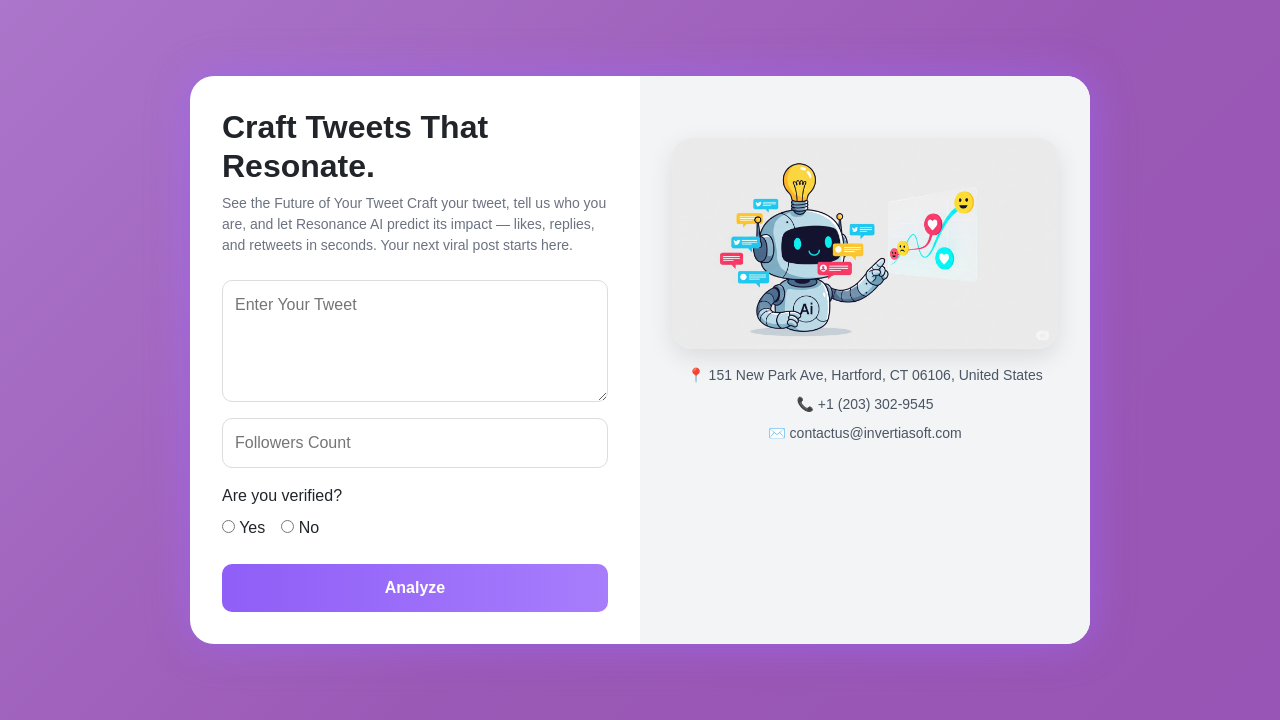
Repository: TannisthaBiswas/ResonanceFrontend
Page: /form
An editor plug-in stored every save of this project. The page is shown before and after the next save, followed by the edit.
The browser window is 1280 px wide. The pictures show the whole page.
The project was rebuilt for these pictures with package versions that can differ from the ones it lists, and the page was loaded fresh each time. Some packages were replaced by stand-ins written for this rebuild. Also part of the build but not shown: src/pages/HomePage.js, src/pages/LoadingPage.js, src/pages/ResultPage.js.

Above is the page before, as saved 2025-06-14 21:25:40.

### src/index.js
import 'bootstrap/dist/css/bootstrap.min.css';
import React from 'react';
import ReactDOM from 'react-dom/client';
import './index.css';
import App from './App';
import reportWebVitals from './reportWebVitals';
import '@fortawesome/fontawesome-free/css/all.min.css';


import { ClerkProvider } from '@clerk/clerk-react';
import { BrowserRouter } from 'react-router-dom';
import ContextApi from './context/Context';


const clerkPubKey = process.env.REACT_APP_CLERK_PUBLISHABLE_KEY;

const root = ReactDOM.createRoot(document.getElementById('root'));
root.render(
  <React.StrictMode>
    <ContextApi>

      <ClerkProvider publishableKey={clerkPubKey}>
        <BrowserRouter>
          <App />
        </BrowserRouter>
      </ClerkProvider>
    </ContextApi>
  </React.StrictMode>
);

reportWebVitals();

### src/App.js
import React from "react";
import { Routes, Route } from "react-router-dom";
import HomePage from "./pages/HomePage";
import FormPage from "./pages/FormPage";
import LoadingPage from "./pages/LoadingPage";
import ResultPage from "./pages/ResultPage";
// import ProtectedRoute from "./components/ProtectedRoute";

function App() {
  return (
    <Routes>
      <Route path="/" element={<HomePage />} />

      <Route
        path="/form"
        element={
          // <ProtectedRoute>
            <FormPage />
          // </ProtectedRoute>
        }
      />

      <Route
        path="/loading"
        element={
          // <ProtectedRoute>
            <LoadingPage />
          // {/* </ProtectedRoute> */}
        }
      />

      <Route
        path="/result/:id"
        element={
          // <ProtectedRoute>
            <ResultPage />
          // </ProtectedRoute>
        }
      />
    </Routes>
  );
}

export default App;

### src/context/Context.js
import {createContext, useState} from 'react'

export const myContext = createContext();

const ContextApi = ({children}) => {

        const [userData,setUserData] = useState({})

  return (
    <myContext.Provider value={{userData,setUserData}}>
        {children}
    </myContext.Provider>
  )
}

export default ContextApi

### src/pages/FormPage.js
import { useContext, useState } from 'react';
import { useNavigate } from 'react-router-dom';
import "./Form.css";
import axios from 'axios';
import { myContext } from '../context/Context';
import { motion } from 'framer-motion';
import HeroImg from '../assets/hero.png';

const FormPage = () => {
  const { userData, setUserData } = useContext(myContext);
  const navigate = useNavigate();

  const [text, setText] = useState("");
  const [countFollow, setCountFollow] = useState(null);
  const [radiovalue, setRadioValue] = useState(null);

  const handelSubmitbtn = async () => {
    if (!text || !countFollow || !radiovalue) return;

    const hasHashtag = text.includes("#") ? 1 : 0;

    const emojiRegex =
      /[\u{1F600}-\u{1F64F}]|[\u{1F300}-\u{1F5FF}]|[\u{1F680}-\u{1F6FF}]|[\u{2600}-\u{26FF}]/gu;
    const hasEmoji = emojiRegex.test(text) ? 1 : 0;

    const cleanedText = text.replace(/[#\W_]+/g, " ").trim();

    const newdata = {
      author_followers: countFollow,
      author_verified: radiovalue === "yes" ? 1 : 0,
      has_hashtags: hasHashtag,
      has_emojis: hasEmoji,
      tweet_length: text.length,
      Text: cleanedText
    };

    setUserData({});
    navigate(`/loading?text=${encodeURIComponent(text)}`);

    try {
      const response = await axios.post('https://twitter-engagement.onrender.com/predict', newdata);
      const val = response?.data;
      const newUserContextData = {
        likes: Math.floor(val.predicted_likes),
        replies: Math.floor(val.predicted_replies),
        retweets: Math.floor(val.predicted_retweets)
      };
      setUserData(newUserContextData);
    } catch (error) {
      console.error("API call failed:", error);
    }
  };

  return (
    <motion.div
      initial={{ opacity: 0 }}
      animate={{ opacity: 1 }}
      transition={{ duration: 0.8 }}
      style={{
        background: 'linear-gradient(-45deg, #8e44ad, #9b59b6, #d4bfff, #a5b4fc)',
        backgroundSize: '600% 600%',
        animation: 'breathingBackground 16s ease-in-out infinite',
        minHeight: '100vh',
        display: 'flex',
        justifyContent: 'center',
        alignItems: 'center',
        padding: '2rem'
      }}
    >
      <style>
        {`
          @keyframes breathingBackground {
            0% { background-position: 0% 50%; }
            50% { background-position: 100% 50%; }
            100% { background-position: 0% 50%; }
          }

          @keyframes shadowPulse {
            0% {
              box-shadow: 0 0 20px rgba(140, 80, 255, 0.2);
            }
            50% {
              box-shadow: 0 0 40px rgba(140, 80, 255, 0.5), 0 0 60px rgba(200, 160, 255, 0.3);
            }
            100% {
              box-shadow: 0 0 20px rgba(140, 80, 255, 0.2);
            }
          }
        `}
      </style>

      <motion.div
        initial={{ scale: 0.95, opacity: 0 }}
        animate={{ scale: 1, opacity: 1 }}
        transition={{ duration: 0.6 }}
        style={{
          backgroundColor: '#fff',
          display: 'flex',
          borderRadius: '1.5rem',
          overflow: 'hidden',
          boxShadow: '0 20px 60px rgba(0, 0, 0, 0.25)',
          maxWidth: '900px',
          width: '100%',
          animation: 'shadowPulse 16s ease-in-out infinite'
        }}
      >
        {/* Left: Form */}
        <motion.div
          initial={{ x: -50, opacity: 0 }}
          animate={{ x: 0, opacity: 1 }}
          transition={{ duration: 0.6, delay: 0.2 }}
          style={{
            flex: 1,
            padding: '2rem',
            display: 'flex',
            flexDirection: 'column',
            justifyContent: 'center'
          }}
        >
          <h2 style={{ fontWeight: '700' }}>Craft Tweets That Resonate.</h2>
          <p style={{ color: '#6b7280', fontSize: '14px', marginBottom: '1.5rem' }}>
            See the Future of Your Tweet
            Craft your tweet, tell us who you are, and let Resonance AI predict its impact — likes, replies, and retweets in seconds.

Your next viral post starts here.


          </p>

          <textarea
            placeholder='Enter Your Tweet'
            onChange={(e) => setText(e.target.value)}
            rows={4}
            style={{
              width: '100%',
              padding: '0.75rem',
              marginBottom: '1rem',
              borderRadius: '10px',
              border: '1px solid #ddd'
            }}
          ></textarea>

          <input
            type='text'
            placeholder='Followers Count'
            onChange={(e) => setCountFollow(e.target.value)}
            style={{
              width: '100%',
              padding: '0.75rem',
              marginBottom: '1rem',
              borderRadius: '10px',
              border: '1px solid #ddd'
            }}
          />

          <p style={{ marginBottom: '0.5rem' }}>Are you verified?</p>
          <label style={{ display: 'flex', gap: '1rem', marginBottom: '1.5rem' }}>
            <span><input type='radio' name='verified' value='yes' onChange={() => setRadioValue("yes")} /> Yes</span>
            <span><input type='radio' name='verified' value='no' onChange={() => setRadioValue("no")} /> No</span>
          </label>

          <motion.button
            whileHover={{ scale: 1.05 }}
            whileTap={{ scale: 0.95 }}
            onClick={handelSubmitbtn}
            style={{
              background: 'linear-gradient(to right, #8f5ef7, #a77dfc)',
              color: 'white',
              padding: '0.75rem 1.5rem',
              border: 'none',
              borderRadius: '10px',
              fontWeight: 'bold',
              cursor: 'pointer'
            }}
          >
            Analyze
          </motion.button>
        </motion.div>

        {/* Right: Illustration + Address */}
        <motion.div
          initial={{ x: 50, opacity: 0 }}
          animate={{ x: 0, opacity: 1 }}
          transition={{ duration: 0.6, delay: 0.4 }}
          style={{
            flex: 1,
            backgroundColor: '#f3f4f6',
            padding: '2rem',
            textAlign: 'center',
            display: 'flex',
            flexDirection: 'column',
            alignItems: 'center',
            justifyContent: 'flex-start'
          }}
        >
          <img
            src={HeroImg}
            alt="AI Bot"
            style={{
              width: '100%',
              maxWidth: '400px',
              marginTop: '0.8cm',
              marginBottom: '1rem',
              borderRadius: '1.25rem',
              boxShadow: '0 8px 24px rgba(0, 0, 0, 0.1)'
            }}
          />
          <div style={{ fontSize: '14px', color: '#4b5563', textAlign: 'center' }}>
            <p style={{ marginBottom: '0.5rem' }}>📍 151 New Park Ave, Hartford, CT 06106, United States</p>
            <p style={{ marginBottom: '0.5rem' }}>📞 +1 (203) 302-9545</p>
            <p>✉️ contactus@invertiasoft.com</p>
          </div>
        </motion.div>
      </motion.div>
    </motion.div>
  );
};

export default FormPage;

### src/pages/Form.css
/* src/pages/Form.css */
body {
  margin: 0;
  font-family: 'Poppins', sans-serif;
}

.form-page {
  background: linear-gradient(135deg, #745eff, #9e6aff);
  display: flex;
  justify-content: center;
  align-items: center;
  padding: 2rem;
  height: 100vh;
}

.form-container {
  width: 1100px;
  height: 650px;
  display: flex;
  background: white;
  border-radius: 60px;
  position: relative;
  overflow: hidden;
  box-shadow: 0 20px 40px rgba(0, 0, 0, 0.15);

  /* 👇 True blob shape */
  clip-path: path(
    "M 10,40 L 70,40 L 80,30 L 80,10 L 90,0 L 140,0 L 150,10 L 150,90 L 140,200 L 10,200 L 0,190 L 0,50 L Z"
  );
}


.form-left, .form-right {
  flex: 1;
  padding: 2rem;
}

.form-left h1 {
  color: #3e3e80;
  font-size: 2rem;
  margin-bottom: 10px;
}

.form-left p {
  color: #888;
  margin-bottom: -23px;
}

input[type="text"], input[type="email"], input[type="number"], textarea {
  width: 100%;
  padding: 12px;
  margin-bottom: 15px;
  border: 1px solid #ddd;
  border-radius: 10px;
  font-size: 1rem;
}

textarea {
  resize: vertical;
  min-height: 100px;
}

.radio-group {
  margin-bottom: 20px;
}

.radio-group span {
  display: block;
  margin-bottom: 5px;
  font-weight: 500;
}

.radio-group label {
  margin-right: 15px;
}

button {
  background: linear-gradient(to right, #745eff, #9e6aff);
  color: white;
  padding: 12px 20px;
  font-size: 1rem;
  border: none;
  border-radius: 20px;
  cursor: pointer;
  transition: background 0.3s ease;
}

button:hover {
  background: #5e4cff;
}

.form-right {
  text-align: center;
  background-color: #f5f5ff;
}

.form-right img {
  max-width: 100%;
  height: auto;
  margin-bottom: 20px;
}

.contact-info p {
  margin: 10px 0;
  font-size: 0.95rem;
  color: #444;
}

.social-icons i {
  margin: 0 10px;
  font-size: 1.4rem;
  color: #745eff;
  cursor: pointer;
}

### src/pages/LoadingPage.css
/* src/pages/LoadingPage.css */
@import url('https://fonts.googleapis.com/css2?family=Orbitron:wght@400;600&display=swap');






.loading-container {
  height: 100vh;
  background-color: #ffffff;
  color: #333;
  font-family: 'Poppins', 'Segoe UI', sans-serif;
  text-align: center;
  transition: background-color 0.3s ease;
  padding: 20px;
}

.lottie-wrapper {
  width: 640px;
  height: 640px;
  margin-bottom: 20px;
}

.animated-text {
  font-size: 2rem;
  font-family: 'Orbitron', sans-serif;
  font-weight: 200;
  color: #2d14bc;
  animation: fadeIn 0.6s ease-in-out;
  letter-spacing: 0.75px;
  margin-top: 1rem;
  text-align: center;
  line-height: 1.4;
}


@keyframes fadeIn {
  from { opacity: 0; transform: translateY(10px); }
  to { opacity: 1; transform: translateY(0); }
}

Loaded but not shown: public/index.html (common file); src/index.css (common file); src/reportWebVitals.js (common file)

After the next save:
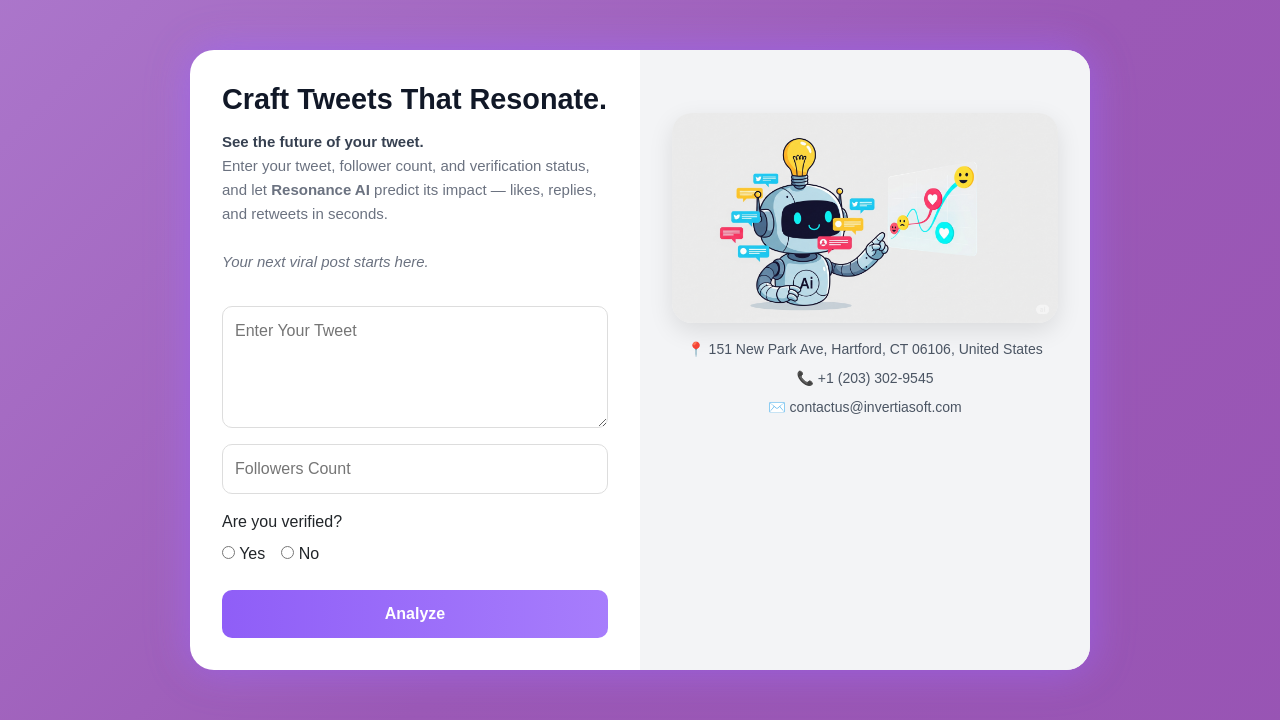
Saved 38 s later.
--- a/src/pages/FormPage.js
+++ b/src/pages/FormPage.js
@@ -117,15 +117,28 @@ const FormPage = () => {
             justifyContent: 'center'
           }}
         >
-          <h2 style={{ fontWeight: '700' }}>Craft Tweets That Resonate.</h2>
-          <p style={{ color: '#6b7280', fontSize: '14px', marginBottom: '1.5rem' }}>
-            See the Future of Your Tweet
-            Craft your tweet, tell us who you are, and let Resonance AI predict its impact — likes, replies, and retweets in seconds.
-
-Your next viral post starts here.
-
-
-          </p>
+         <h2 style={{
+  fontWeight: 700,
+  fontSize: '1.8rem',
+  lineHeight: '2.2rem',
+  color: '#111827',
+  marginBottom: '0.75rem'
+}}>
+  Craft Tweets That Resonate.
+</h2>
+
+<p style={{
+  color: '#6B7280',
+  fontSize: '15px',
+  lineHeight: '1.6',
+  marginBottom: '2rem',
+  maxWidth: '420px'
+}}>
+  <strong style={{ color: '#374151' }}>See the future of your tweet.</strong> <br />
+  Enter your tweet, follower count, and verification status, and let <strong>Resonance AI</strong> predict its impact — likes, replies, and retweets in seconds. <br /><br />
+  <em>Your next viral post starts here.</em>
+</p>
+
 
           <textarea
             placeholder='Enter Your Tweet'
